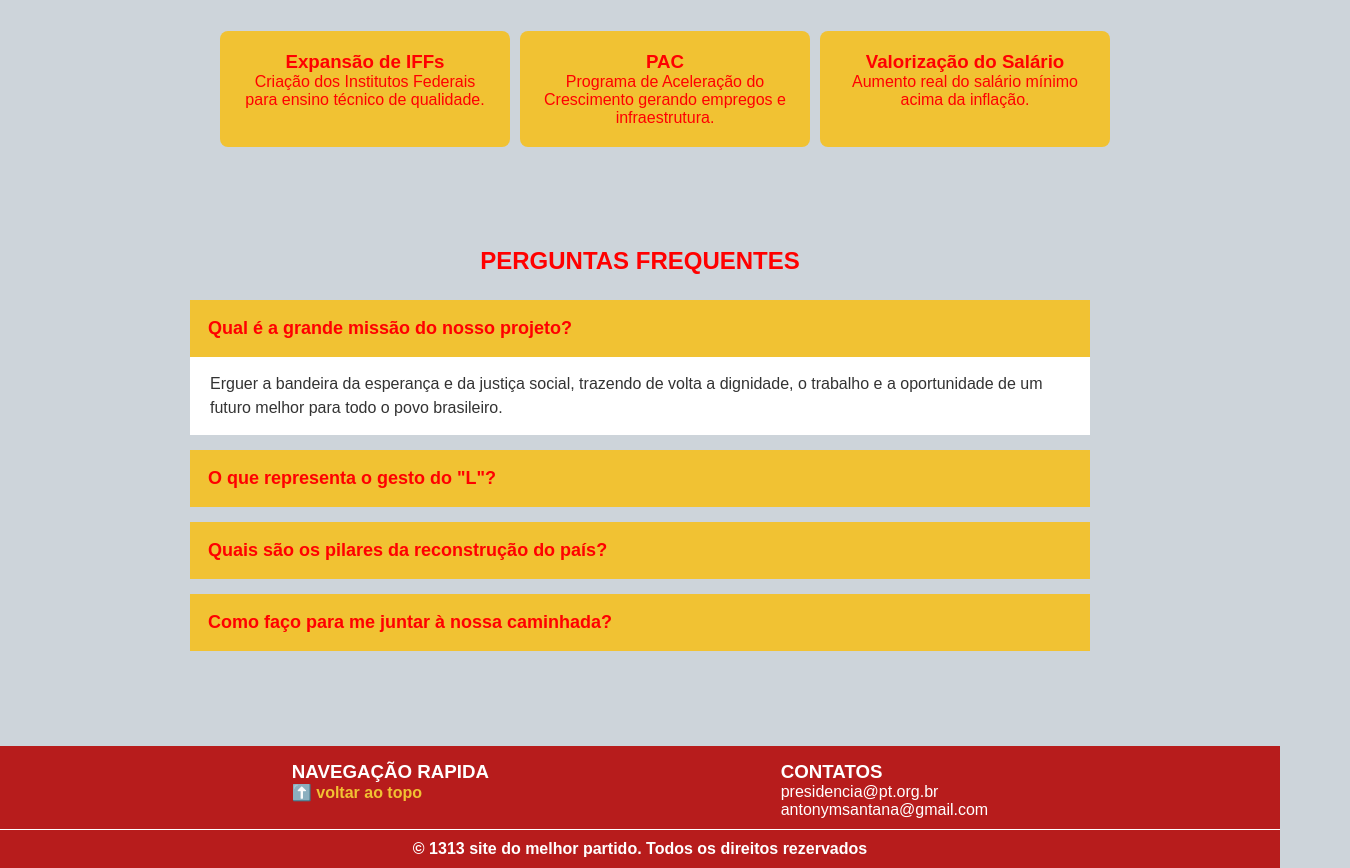
Repository: antonymsantana-design/second.revision
Page: html/html.html
The author's editor kept a copy of each file at every save. The page is drawn from the files as they stood at one save, then again after the next save.
The browser window is 1280 px wide. The page is 1350 px wide, so the pictures cover 1350 px, including what lies to the right of the window. The pictures show the part of the page from y = 1917 to 2785 px (the page is 2785 px tall before and 2707 px after).
After loading, the first visible `button.crd-pergunta` was clicked once.

Above is the page before, as saved 2026-09-05 14:02:44.
Console error: TypeError: Cannot read properties of undefined (reading 'add')

### html/html.html
<!doctype html>
<html lang="pt-br">
  <head>
    <meta charset="UTF-8" />
    <meta name="viewport" content="width=device-width, initial-scale=1.0" />
    <title>avaliação</title>
    <link rel="stylesheet" href="../css/css.css" />
    <script src="../js/js.js" defer></script>
  </head>
  <header>
    <div class="conteudoH" id="conteudoH">
      <div class="imagem" id="imagem">
        <img
          src="../IMAGENS/partido-dos-trabalhadores-pt.png"
          alt="logo"
          class="logoIMG"
          id="logoIMG"
        />
      </div>
      <div class="links" id="links">
        <a href="#" class="aLinks">EXPERIÊNCIAS</a>
        <a href="#" class="aLinks">PROJETOS</a>
        <a href="#" class="aLinks">SOBRE</a>
      </div>
      <div class="btnDiv" id="btnDiv">
        <button class="btn" id="btn">
          <div class="btnTxt" id="btnTxt">
            <p>contrate-nos</p>
          </div>
        </button>
      </div>
    </div>
  </header>

  <body>
    <div class="conteudo">
      <div class="texto">
        <h1 class="faça_o_l">FAÇA O L</h1>
        <br />
        <h1 class="imediatamente">IMEDIATAMENTE</h1>
      </div>
    </div>

    <div class="cards">
      <div class="card">
        <div class="imagemCard">
          <img src="../IMAGENS/fazoL.webp" alt="ptzão" />
        </div>
        <div class="textoC">
          <p>
            O L desenhado pelas mãos do povo é o nosso escudo estampado no
            peito, o brasão de uma nação que recusou o fim e escolheu se
            reconstruir. Assim como os maiores símbolos de proteção, ele traz a
            força indomável dos esquecidos, a coragem da classe trabalhadora e o
            abraço que resgata a dignidade de cada família. Fazer o L não é
            apenas um gesto: é a armadura invisível da justiça, a poesia de quem
            luta sem medo e a prova viva de que a esperança sempre vence
            qualquer escuridão.
          </p>
        </div>
      </div>

      <div class="card">
        <div class="imagemCard">
          <img src="../IMAGENS/Design sem nome.png" alt="ptzão" />
        </div>
        <div class="textoC">
          <p>
            A reconstrução do Brasil é a nossa maior batalha vitoriosa, o
            compromisso sagrado de honrar quem ergue este país com as próprias
            mãos. É o salário que volta a ter valor de arma contra a miséria, o
            prato cheio que alimenta a dignidade e a porta da universidade
            aberta para o filho do trabalhador. Erguemos de volta a estrutura de
            uma nação soberana, provando que quando a força do povo se levanta,
            nenhuma injustiça é capaz de ficar em pé.
          </p>
        </div>
      </div>

      <div class="card">
        <div class="imagemCard">
          <img src="../IMAGENS/Design sem nome (1).png" alt="ptzão" />
        </div>
        <div class="textoC">
          <p>
            Nossa verdadeira força nunca esteve em batalhas solitárias, mas no
            exército invencível de milhões de corações alinhados. É o povo
            organizado no campo, na fábrica e na periferia, formando uma
            barreira inabalável em defesa da liberdade e do futuro. Estar juntos
            é carregar o juramento de não deixar ninguém para trás. Somos a
            guarda permanente do país, os guardiões da justiça social e a prova
            de que a nossa união é o maior poder da Terra.
          </p>
        </div>
      </div>
    </div>

    <div class="cardsV">
      <div class="video">
        <video autoplay loop muted playsinline>
          <source src="../video/video1.mp4" type="video/mp4" />
        </video>
      </div>
      <div class="video">
        <video autoplay loop muted playsinline>
          <source src="../video/video2.mp4" type="video/mp4" />
        </video>
      </div>
      <div class="video">
        <video autoplay loop muted playsinline>
          <source src="../video/video3.mp4" type="video/mp4" />
        </video>
      </div>
    </div>

    <div class="galery">
      <div class="btnfiltro">
        <button class="btn-filtro" data-categoria="todos">Todas</button>
        <button class="btn-filtro" data-categoria="social">Social</button>
        <button class="btn-filtro" data-categoria="educacao">Educação</button>
        <button class="btn-filtro" data-categoria="economia">Economia</button>
      </div>

      <div class="cards-galeria">
        <div class="card-item" data-categoria="social">
          <h3>Bolsa Família</h3>
          <p>
            Garantia de renda e combate direto à extrema pobreza em todo o país.
          </p>
        </div>

        <div class="card-item" data-categoria="social">
          <h3>Minha Casa Minha Vida</h3>
          <p>Acesso à moradia digna para milhões de famílias brasileiras.</p>
        </div>

        <div class="card-item" data-categoria="educacao">
          <h3>Prouni e FIES</h3>
          <p>Inclusão de jovens da classe trabalhadora no ensino superior.</p>
        </div>

        <div class="card-item" data-categoria="educacao">
          <h3>Expansão de IFFs</h3>
          <p>
            Criação dos Institutos Federais para ensino técnico de qualidade.
          </p>
        </div>

        <div class="card-item" data-categoria="economia">
          <h3>PAC</h3>
          <p>
            Programa de Aceleração do Crescimento gerando empregos e
            infraestrutura.
          </p>
        </div>

        <div class="card-item" data-categoria="economia">
          <h3>Valorização do Salário</h3>
          <p>Aumento real do salário mínimo acima da inflação.</p>
        </div>
      </div>
    </div>

    <div class="crd-container">
      <h2 class="crd-titulo">PERGUNTAS FREQUENTES</h2>

      <div class="crd-item">
        <button class="crd-pergunta">
          Qual é a grande missão do nosso projeto?
        </button>
        <div class="crd-resposta">
          <p>
            Erguer a bandeira da esperança e da justiça social, trazendo de
            volta a dignidade, o trabalho e a oportunidade de um futuro melhor
            para todo o povo brasileiro.
          </p>
        </div>
      </div>

      <div class="crd-item">
        <button class="crd-pergunta">O que representa o gesto do "L"?</button>
        <div class="crd-resposta">
          <p>
            O "L" é o símbolo do nosso compromisso coletivo. Ele representa o
            escudo da classe trabalhadora, a força dos esquecidos e a prova de
            que a união vence qualquer escuridão.
          </p>
        </div>
      </div>

      <div class="crd-item">
        <button class="crd-pergunta">
          Quais são os pilares da reconstrução do país?
        </button>
        <div class="crd-resposta">
          <p>
            Foco no que realmente importa: salário valorizado, comida na mesa,
            moradia digna e as portas das universidades abertas para os filhos
            do trabalhador.
          </p>
        </div>
      </div>

      <div class="crd-item">
        <button class="crd-pergunta">
          Como faço para me juntar à nossa caminhada?
        </button>
        <div class="crd-resposta">
          <p>
            A nossa força vem da união de todos. Seja no campo, na fábrica ou na
            cidade, qualquer pessoa pode somar voz e energia para defender a
            democracia e o futuro do país.
          </p>
        </div>
      </div>
    </div>

    <div class="modal-overlay" id="modalContato">
      <div class="modal-box">
        <span id="btnClose" class="close-btn">X</span>
        <h2 class="modal-title">FALE CONOSCO</h2>

        <form id="formContato">
          <div class="input-group">
            <label for="nome">Nome</label>
            <input type="text" id="nome" required />
          </div>
          <div class="input-group">
            <label for="email">E-mail</label>
            <input type="email" id="email" required />
          </div>
          <div class="input-group">
            <label for="Assunto">Assunto</label>
            <input type="text" id="assunto" required />
          </div>
          <div class="input-group">
            <label for="mensagem">mensagem</label>
            <textarea id="mensagem" rows="4" required></textarea>
          </div>

          <button type="submit" class="btn-enviar" id="enviar">ENVIAR</button>
        </form>
      </div>
    </div>
  </body>
  <footer>
    <div class="cima">
      <div class="esquerda">
        <h3>NAVEGAÇÃO RAPIDA</h3>
        <h4 class="btnTopo" id="btnTopo">⬆️ voltar ao topo</h4>
      </div>
      <div class="direita">
        <h3>CONTATOS</h3>
        <a href="">presidencia@pt.org.br</a> <br />
        <a href="">antonymsantana@gmail.com</a>
      </div>
    </div>
    <div class="baixo">
      <h4>© 1313 site do melhor partido. Todos os direitos rezervados</h4>
    </div>
  </footer>
</html>

### css/css.css
* {
    padding: 0px;
    margin: 0px;
    font-family: Arial, Helvetica, sans-serif;
}

body {
    background-color: rgb(205, 212, 218);
}

header {
    background-color: #f1c233;
    height: 110px;
    border-bottom: red solid 3px;
}

.conteudoH {
    display: flex;
    justify-content: space-between;
    padding-right: 100px;
    align-items: center;
}

.imagem {
    margin-left: 20px;
    margin-top: 5px;
}

.logoIMG {
    width: 100px;
    height: 100px;
}

.links {
    display: flex;
    gap: 20px;
    justify-content: center;
    padding-right: 130px;
}

.links a {
    text-decoration: none;
    color: red;
    transition: 0.5s ease;
}

.aLinks:hover {
    transform: translateY(-5px);
    box-shadow: 0 4px 10px rgba(0, 0, 0, 0.15);
    background-color: red;
    color: #f1c233;
    border-radius: 5px;
    width: 120px;
    height: 30px;
    display: flex;
    justify-content: center;
    align-items: center;
}

.btnDiv {
    display: flex;
}

.btn {
    display: flex;
    justify-content: center;
    width: 120px;
    height: 70px;
    background-color: red;
    border: none;
    color: white;
    align-items: center;
    border-radius: 8px;
    transition: 0.3s ease;
    cursor: pointer;
}

.btn:hover {
    transform: translateY(-5px);
    box-shadow: 0 8px 15px rgba(255, 0, 0, 0.4);
}

.conteudo {
    background-image: url(../IMAGENS/maxresdefault.jpg);
    background-repeat: no-repeat;
    background-size: cover;
    background-position: center;
    height: 100vh;
}

.texto {
    padding-top: 250px;
    padding-left: 100px;
    font-size: 40px;
}

.faça_o_l {
    color: #f1c233;
}

.imediatamente {
    color: red;
}

.cards {
    display: flex;
    justify-content: space-around;
    margin-top: 20px;
}

.card {
    background-color: #f1c233;
    height: 500px;
    width: 430px;
    border-radius: 10px;
    display: flex;
    justify-content: center;
    align-items: center;
    position: relative;
    transition: 0.3s ease;
}

.card:hover {
    transform: translateY(-10px);
    box-shadow: 0 12px 25px rgba(0, 0, 0, 0.3);
    background-color: red;
}

.imagemCard {
    width: 300px;
    height: 300px;
    position: absolute;
    top: 50%;
    left: 50%;
    transform: translate(-50%, -50%);
    transition: 0.3s ease;
}

.imagemCard img {
    width: 100%;
    transition: 0.3s ease;
}

.card:hover img {
    opacity: 0;
}

.textoC {
    color: #f1c233;
    text-align: center;
    justify-content: center;
    align-items: center;
    font-size: 20px;
    display: flex;
    height: 500px;
    width: 430px;
    padding: 20px;
    box-sizing: border-box;
}

.cardsV {
    display: flex;
    justify-content: space-around;
    margin-top: 90px;
}

.cardsV video {
    width: 450px;
    border-radius: 10px;
    padding-bottom: 55px;
    transition: 0.3s ease;
}

.cardsV video:hover {
    transform: translateY(-8px);
}

.modal-overlay {
    position: fixed;
    top: 0;
    left: 0;
    width: 100vw;
    height: 100vh;
    background-color: rgba(0, 0, 0, 0.65);
    display: none;
    justify-content: center;
    align-items: center;
    z-index: 9999;
}

.modal-overlay.active {
    display: flex;
}

.modal-box {
    background-color: #f1c233;
    width: 90%;
    max-width: 420px;
    padding: 30px 25px;
    position: relative;
    box-shadow: 0 8px 20px rgba(0, 0, 0, 0.3);
    border-radius: 5px;
}

.close-btn {
    position: absolute;
    top: 12px;
    right: 20px;
    font-size: 26px;
    color: red;
    cursor: pointer;
    font-weight: bold;
    transition: 0.3s ease;
}

.close-btn:hover {
    transform: scale(1.2);
}

.modal-title {
    text-align: center;
    margin-bottom: 20px;
    color: red;
}



.input-group {
    display: flex;
    flex-direction: column;
    margin-bottom: 12px;
}

.input-group label {
    font-size: 14px;
    font-weight: bold;
    color: red;
    margin-bottom: 4px;
}

.input-group input,
.input-group textarea {
    border: none;
    border-radius: 8px;
    padding: 10px;
    resize: vertical;
    outline: none;
    font-size: 14px;
}

.btn-enviar {
    display: block;
    margin: 20px auto 0 auto;
    background-color: red;
    color: white;
    border: none;
    padding: 10px 40px;
    border-radius: 20px;
    font-weight: bold;
    cursor: pointer;
    transition: 0.3s ease;
}

.btn-enviar:hover {
    transform: translateY(-3px);
    box-shadow: 0 5px 15px rgba(0, 0, 0, 0.2);
}

footer {
    background-color: #b71c1c;
    color: white;
    padding-top: 15px;
}

.cima {
    border-bottom: white 1px solid;
    padding-bottom: 10px;
    display: flex;
    justify-content: space-evenly;
}

.direita a {
    color: white;
    text-decoration: none;
    transition: 0.3s ease;
}

.direita a:hover {
    color: #f1c233;
}

.btnTopo {
    cursor: pointer;
    color: #f1c233;
    transition: 0.3s ease;
}

.btnTopo:hover {
    transform: translateY(-3px);
}

.baixo {
    text-align: center;
    padding: 10px 0;
}

.galery{
    padding-bottom: 20px;
}

.card-item {
    background-color: #f1c233;
    color: red;
    padding: 20px;
    border-radius: 8px;
    width: 250px;
    text-align: center;
    transition: 0.3s ease;
}

.btnfiltro{
    padding-bottom: 10px;
     display: flex;
    justify-content: center;
    gap: 10px;
}

.card-item:hover {
    transform: translateY(-5px);
    box-shadow: 0 5px 15px rgba(0, 0, 0, 0.2);
}

.btn-filtroT{
    background-color: #f1c233;
    color: white;
    border: none;
    padding: 10px 20px;
    border-radius: 5px;
    cursor: pointer;
    font-weight: bold;
    transition: 0.3s ease;
}

.btn-filtro {
    background-color: red;
    color: white;
    border: none;
    padding: 10px 20px;
    border-radius: 5px;
    cursor: pointer;
    font-weight: bold;
    transition: 0.3s ease;
}

.btn-filtro.trocarCor{
    background-color: #f1c233;
    color: white;
}

.btn-filtro:hover {
    background-color: #b71c1c;
    transform: translateY(-2px);
}

.cards-galeria{
    display: grid;
    justify-content: center;
    grid-template-columns: repeat(3, 240px);
    gap: 60px;
}

.card-item.escondido {
    display: none;
}

.crd-container {
    max-width: 900px;
    margin: 60px auto;
    padding: 20px;
}

.crd-titulo {
    text-align: center;
    color: red;
    margin-bottom: 25px;
}

.crd-item {
    margin-bottom: 15px;
}

.crd-pergunta {
    width: 100%;
    background-color: #f1c233;
    color: red;
    border: none;
    padding: 18px;
    text-align: left;
    font-size: 18px;
    font-weight: bold;
    cursor: pointer;
}

.crd-pergunta:hover {
    background-color: red;
    color: #f1c233;
}

.crd-resposta {
    display: none;
    overflow: hidden;
    background-color: white;
    transition: 0.4s ease;
}

.crd-resposta p {
    padding: 15px 20px;
    color: #333;
    line-height: 1.5;
}

.crd-item.ativo, .crd-resposta.ativo {
    display: flex;
    max-height: 200px;
}

### js/js.js
const modal = document.getElementById("modalContato");
const btnAbrir = document.getElementById("btn");
const btnFechar = document.getElementById("btnClose");
const enviar = document.getElementById("enviar");
const rolar = document.getElementById("btnTopo");

btnAbrir.onclick = function () {
  modal.classList.add("active");
};

btnFechar.onclick = function () {
  modal.classList.remove("active");
};

enviar.onclick = function () {
  window.alert("enviado com sucesso");
  modal.classList.remove("active");
};

rolar.onclick = function () {
  window.scrollTo({
    top: 0,
    behavior: "smooth",
  });
};

const botoes = document.querySelectorAll(".btn-filtro");
const cards = document.querySelectorAll(".card-item");

botoes.forEach((botao) => {
  botao.addEventListener("click", () => {
    const categoriaSelec = botao.getAttribute("data-categoria");
    cards.forEach((card) => {
      const categoriaCard = card.getAttribute("data-categoria");
      if (categoriaSelec === "todos" || categoriaSelec === categoriaCard) {
        card.classList.remove("escondido");
      } else {
        card.classList.add("escondido");
      }
    });
  });
});

const perguntas = document.querySelectorAll(".crd-pergunta");

perguntas.forEach((pergunta) => {
  pergunta.addEventListener("click", () => {
    const respostas = document.querySelector(".crd-resposta");
    const mostrarResp = document.querySelectorAll(".crd-item");
    if (respostas.classList.contains("ativo")) {
      respostas.classList.remove("ativo");
      mostrarResp.classList.remove("ativo");
    } else {
      respostas.classList.add("ativo");
      mostrarResp.classList.add("ativo");
    }
  });
});

After the next save:
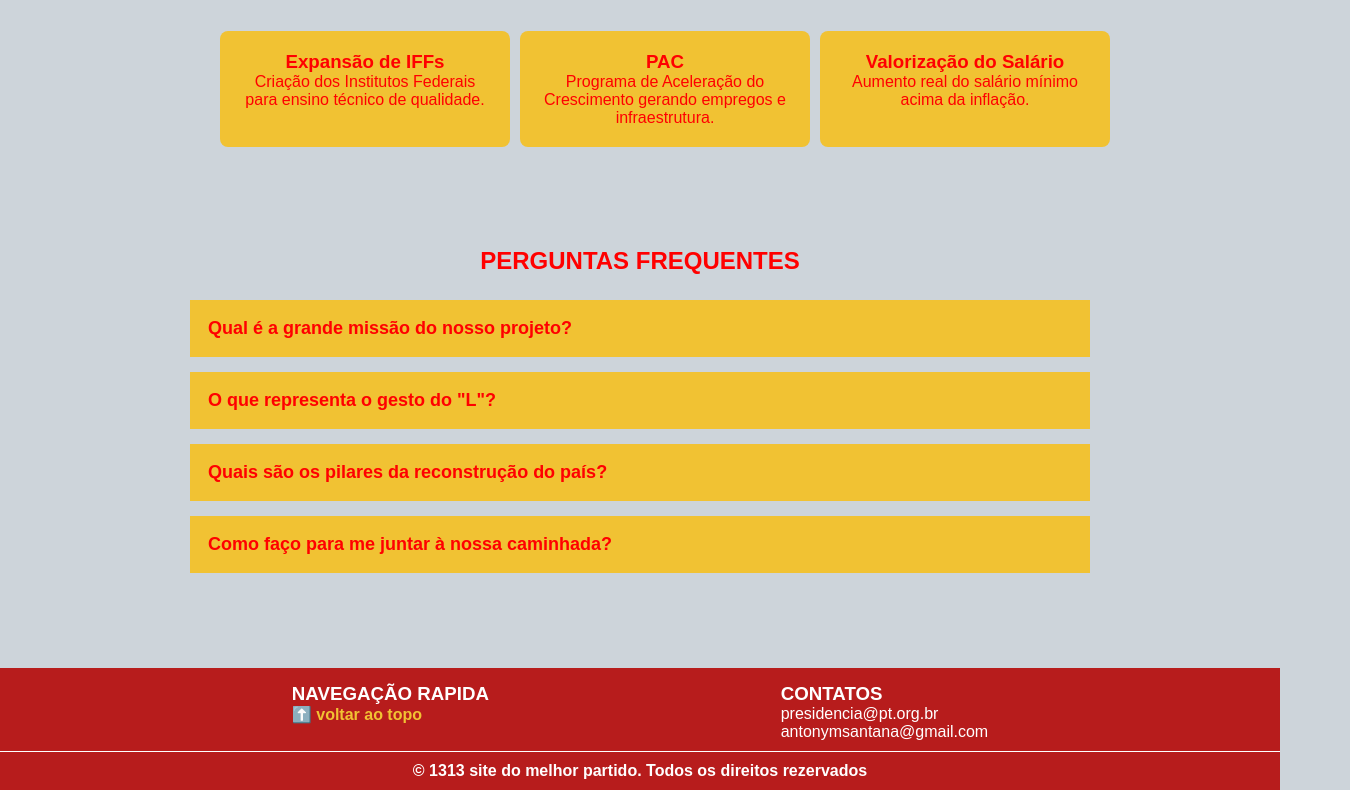
Console error: TypeError: Cannot read properties of undefined (reading 'contains')
Saved 15 s later.
--- a/js/js.js
+++ b/js/js.js
@@ -45,7 +45,7 @@
 
 perguntas.forEach((pergunta) => {
   pergunta.addEventListener("click", () => {
-    const respostas = document.querySelector(".crd-resposta");
+    const respostas = document.querySelectorAll(".crd-resposta");
     const mostrarResp = document.querySelectorAll(".crd-item");
     if (respostas.classList.contains("ativo")) {
       respostas.classList.remove("ativo");
